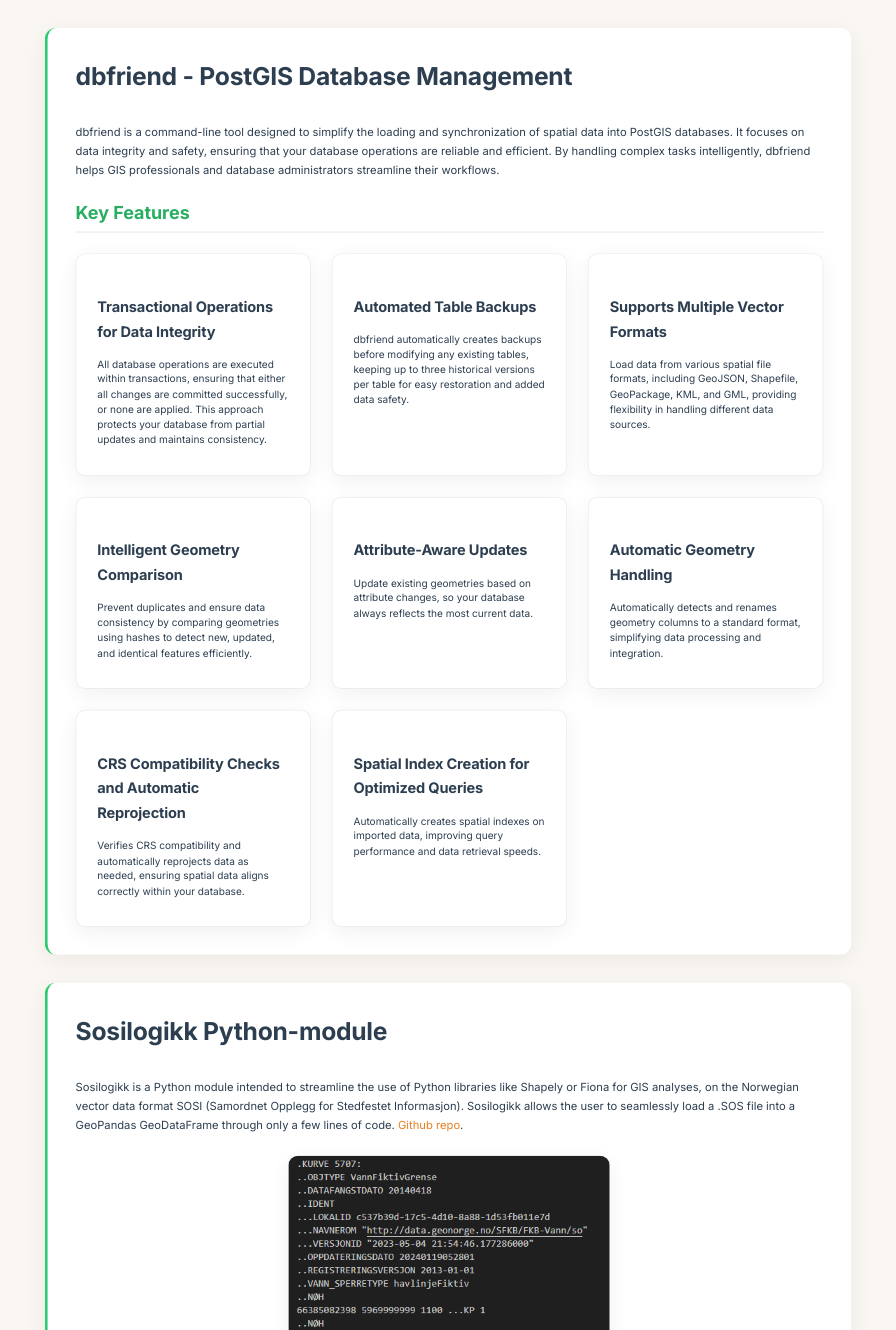
Repository: jesperfjellin/jesper-fjellin-pages
Page: index.html
These files come from the project's save history. The page is drawn as it stood at one moment and after the next save; the edit follows.
The browser window is 1280 px wide. The pictures show the part of the page from y = 380 to 2280 px (the page is 5361 px tall), at 70% of full size.

Above is the page before, as saved 2024-11-08 00:45:04.

After the next save:
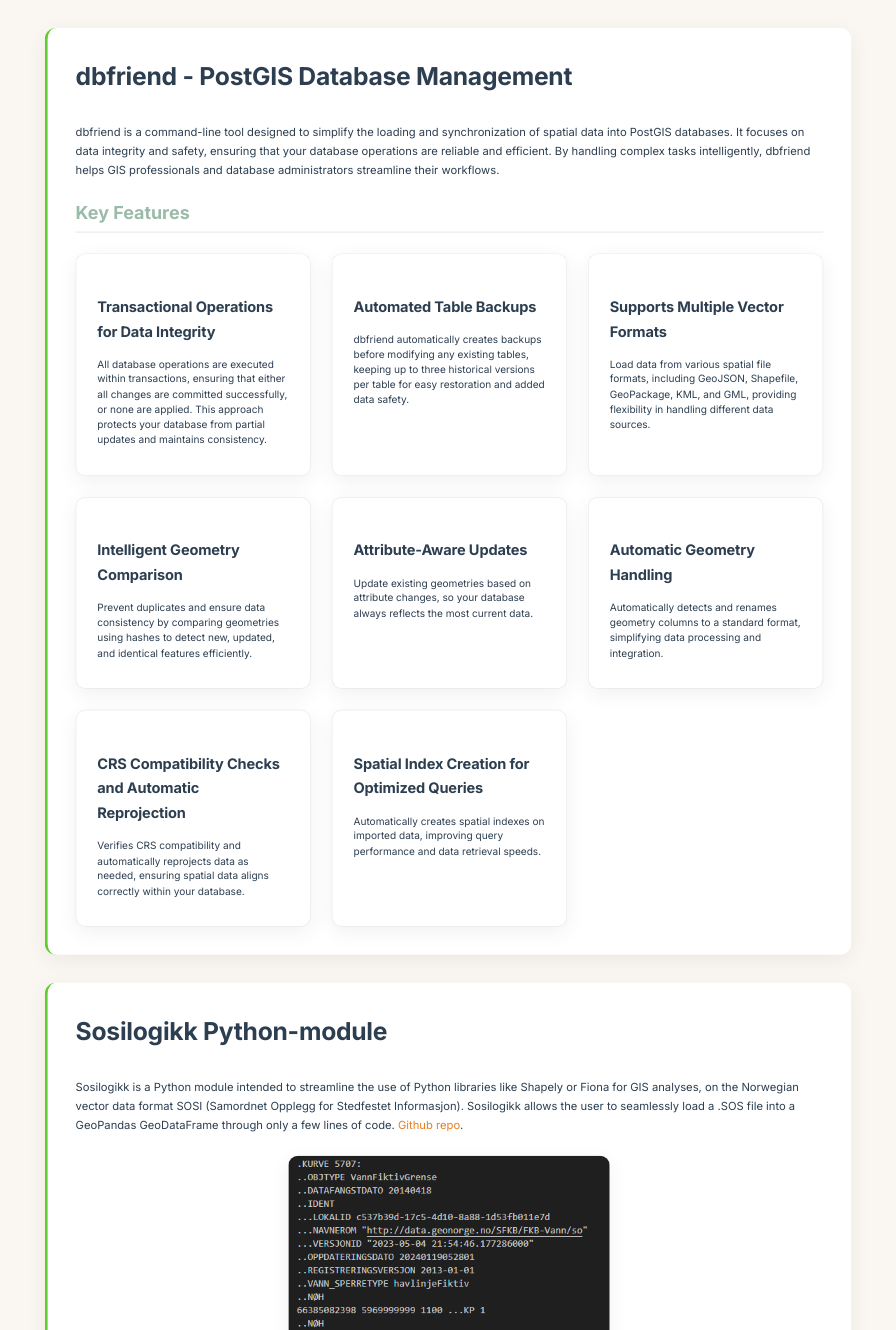
Saved 16 s later.
--- a/index.html
+++ b/index.html
@@ -8,8 +8,8 @@
     <style>
         /* General Styles */
         :root {
-            --primary-color: #2ecc71;     /* Softer, calmer green */
-            --secondary-color: #27ae60;   /* Slightly darker green for depth */
+            --primary-color: #60cc2e;     /* Softer, calmer green */
+            --secondary-color: #9abba8;   /* Slightly darker green for depth */
             --accent-color: #e67e22;      /* Warmer, softer orange */
             --text-color: #2c3e50;        /* Softer dark blue-grey */
             --bg-color: #faf6f1;          /* Warm cream background */
